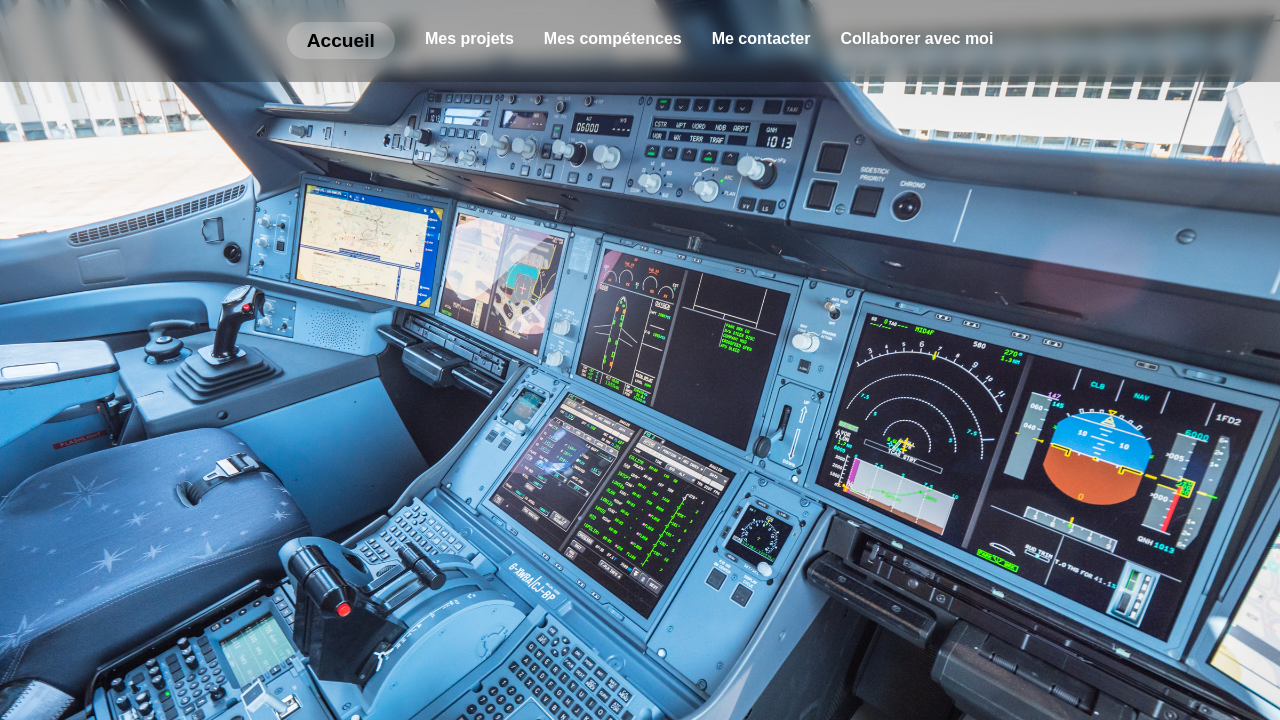
Repository: nlagardere/myportfolio
Page: competences.html
These files come from the project's save history. The page is drawn as it stood at one moment and after a run of saves; the edit follows.
The browser window is 1280 px wide. The pictures show the whole page.

Above is the page before, as saved 2025-09-06 10:38:47.

### competences.html
<!DOCTYPE html>
<html lang="en">
<head>
    <meta charset="UTF-8">
    <meta name="viewport" content="width=device-width, initial-scale=1.0">
    <title>Document</title>
    <style>
        body {
      font-family: 'Quicksand', sans-serif;
      margin: 0;
      padding: 0;
      min-height: 100vh;
      display: flex;
      flex-direction: column;
      background: url('a350.jpg') no-repeat center center;
      background-size: cover;
      color: #fff;
    }

    header {
      text-align: center;
      padding: 30px 20px;
      background: rgba(0,0,0,0.3);
      backdrop-filter: blur(8px);
    }

    /* ========== GLASS CARD ========== */
    .glasscard, .competences {
      background: rgba(255, 255, 255, 0.2);
      border-radius: 15px;
      padding: 20px;
      margin: 20px auto;
      max-width: 800px;
      backdrop-filter: blur(10px);
      box-shadow: 0 4px 30px rgba(0,0,0,0.1);
      text-align: center;
      animation: zoomPop 1s ease forwards;
      color: white;
    }

    .highlight {
      color: #FFD93D;
      font-weight: bold;
    }

    @keyframes zoomPop {
      0% { opacity: 0; transform: scale(0.1) translateZ(-800px); }
      60% { opacity: 1; transform: scale(1.2) translateZ(50px); }
      80% { transform: scale(0.95) translateZ(0); }
      100% { opacity: 1; transform: scale(1) translateZ(0); }
    }

        .navbar ul {
      list-style: none;
      padding: 0;
      margin: 0;
      display: flex;
      justify-content: center;
      gap: 30px;
      flex-wrap: wrap;
    }
    .navbar ul li {
      display: inline;
    }
    .navbar ul li a {
      text-decoration: none;
      color: white;
      font-weight: bold;
      transition: color 0.3s;
    }
    .navbar ul li a:hover {
      color: #FFD93D;
    }

    .navbar .accueil a {
      font-size: 1.2em;
      font-weight: bold;
      color: #000000;


    }
    .navbar .accueil a:hover {
      color: #e6e62a;
    }

        .accueil-wrapper {
  background: rgba(255, 255, 255, 0.2);
  backdrop-filter: blur(10px);
  padding: 8px 20px;
  border-radius: 25px;
  color: #fff;
  font-weight: bold;
  transition: all 0.3s ease;
}

.competences-wrapper:hover {
  background: rgba(255, 255, 255, 0.4);
  transform: scale(1.05);
  color: #FFD93D;
}
    </style>
</head>
<body>
    <header>
    <nav class="navbar">
      <ul>
        <li class="accueil">
          <a href="index - Copie.html" class="accueil-wrapper">Accueil</a>
        </li>
        <li><a href="projects.html" class="projets-wrapper">Mes projets</a></li>
        <li><a href="competences.html" class="competences-wrapper">Mes compétences</a></li>
       <li><a href="contact.html">Me contacter</a></li>
        <li><a href="collaborate.html">Collaborer avec moi</a></li>
      </ul>
    </nav>
  </header>
</body>
</html>

After the next 2 saves:
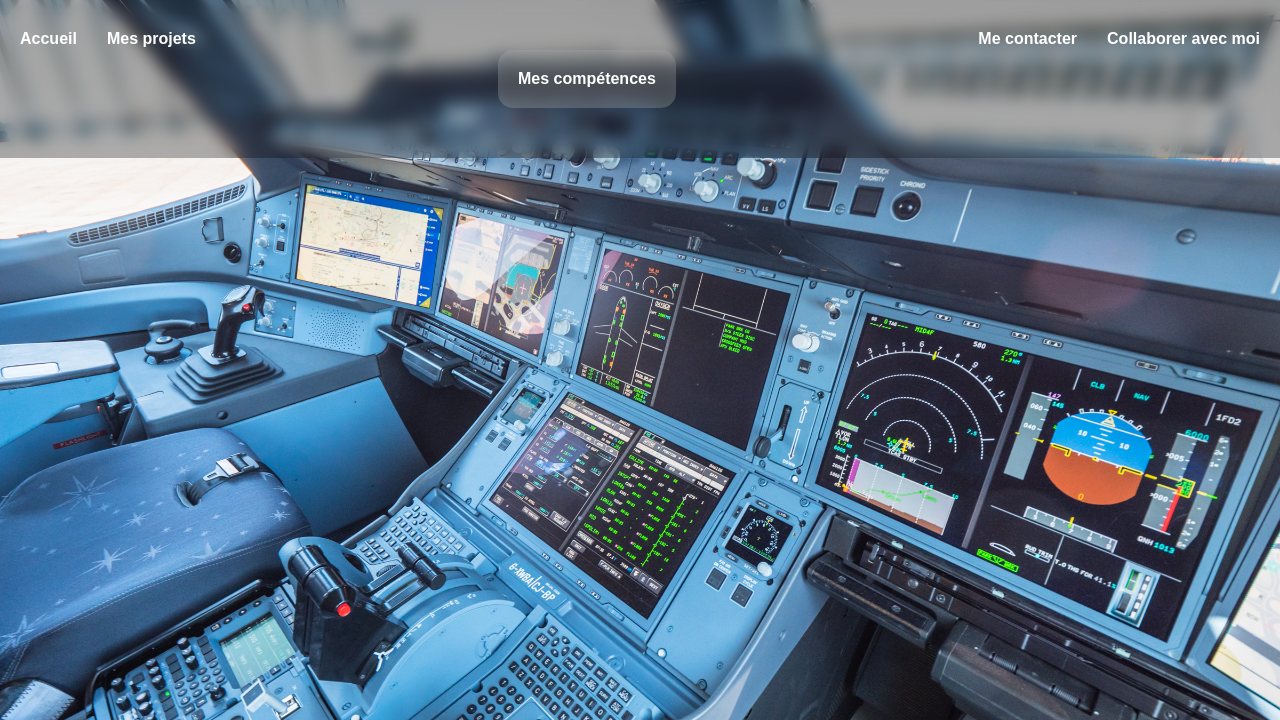
The 2 saves are shown as one change because they came seconds apart.
The last was saved 49 s later.
--- a/competences.html
+++ b/competences.html
@@ -103,16 +103,15 @@
 <body>
     <header>
     <nav class="navbar">
-      <ul>
-        <li class="accueil">
-          <a href="index - Copie.html" class="accueil-wrapper">Accueil</a>
-        </li>
-        <li><a href="projects.html" class="projets-wrapper">Mes projets</a></li>
-        <li><a href="competences.html" class="competences-wrapper">Mes compétences</a></li>
-       <li><a href="contact.html">Me contacter</a></li>
-        <li><a href="collaborate.html">Collaborer avec moi</a></li>
-      </ul>
-    </nav>
+        <ul>
+    <li><a href="index - Copie.html">Accueil</a></li>
+    <li><a href="projects.html">Mes projets</a></li>
+    <li class="competences"><a href="competences.html" class="competences-wrapper">Mes compétences</a></li>
+    <li><a href="contact.html">Me contacter</a></li>
+    <li><a href="collaborate.html">Collaborer avec moi</a></li>
+  </ul>
+</nav>
+
   </header>
 </body>
 </html>
